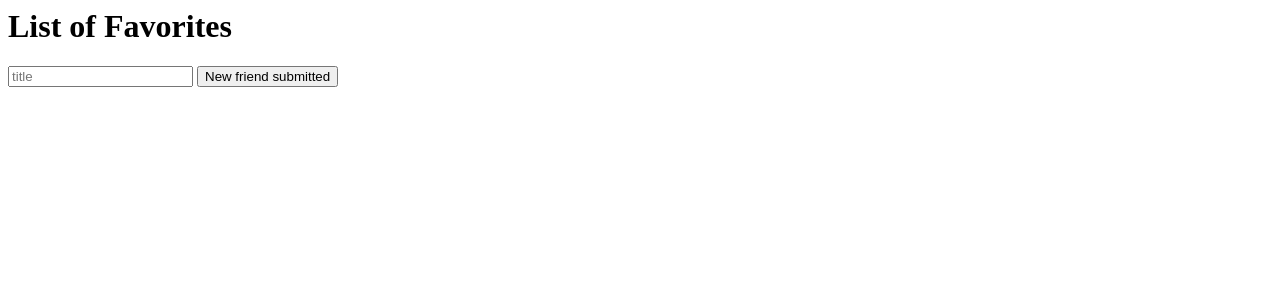
Repository: calyun/WebDevExercises
Page: http://localhost/favorites
The author's editor kept a record of every edit. The page is drawn from the files as they stood at one moment, then again after the next edit.
The browser window is 1280 px wide. The pictures show the whole page.
The page is served by the project's Node server (APIs/app.js).

Above is the page before.

After the next edit:
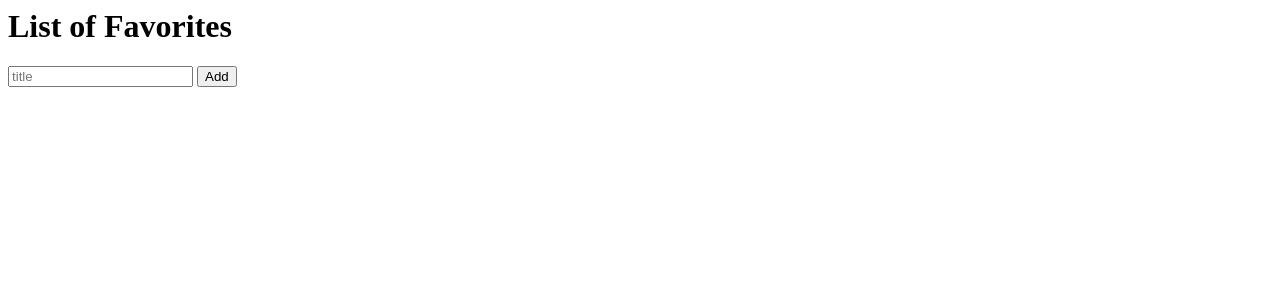
The edit:
--- a/APIs/views/favorites.ejs
+++ b/APIs/views/favorites.ejs
@@ -9,5 +9,5 @@
 
 <form action="/addfavorite" method="POST">
     <input type="text" name="newfavorite" placeholder="title">
-    <button> New friend submitted </button>
+    <button> Add </button>
 </form>
